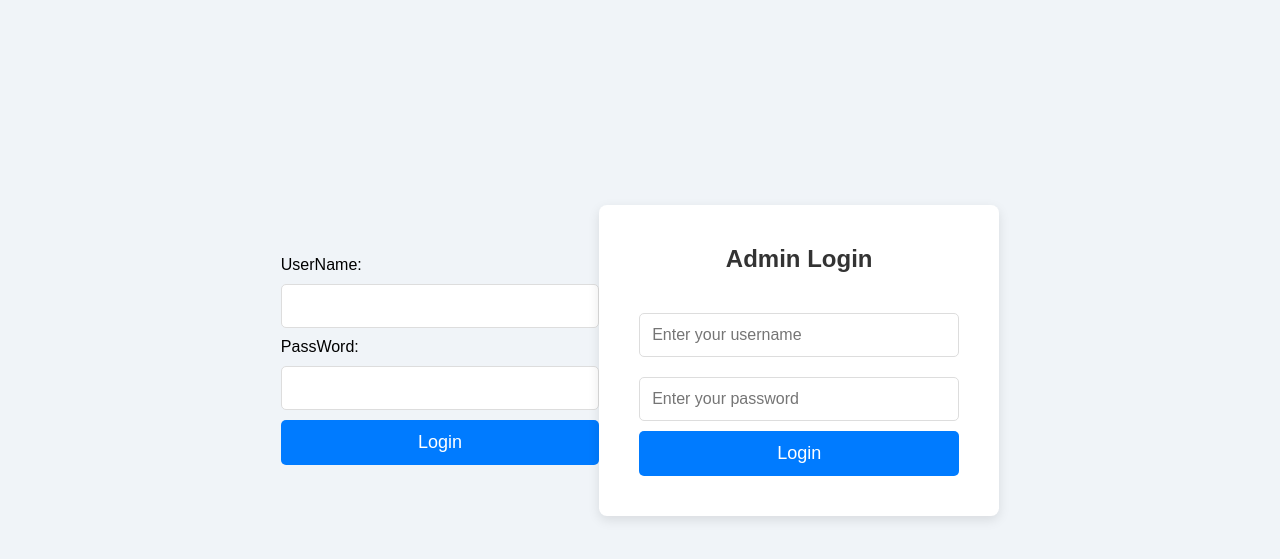
Repository: Purnima-Kushwah11/Online-Product-Management-System
Page: Application1CompleteDatabase/src/main/webapp/AdminLogin.html
The author's editor kept a copy of each file at every save. The page is drawn from the files as they stood at one save, then again after the next save.
The browser window is 1280 px wide. The pictures show the whole page.

Above is the page before, as saved 2025-02-18 14:11:30.

After the next save:
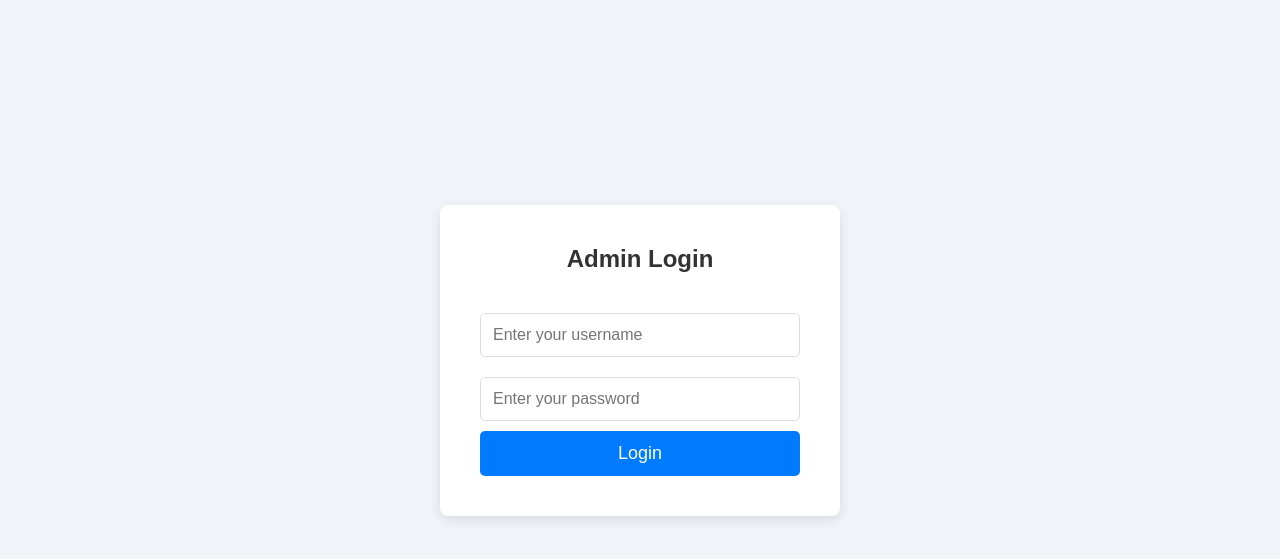
Saved 74 s later.
--- a/Application1CompleteDatabase/src/main/webapp/AdminLogin.html
+++ b/Application1CompleteDatabase/src/main/webapp/AdminLogin.html
@@ -1,16 +1,4 @@
 <!DOCTYPE html>
-<html>
-<head>
-<meta charset="UTF-8">
-<title>Insert title here</title>
-</head>
-<body>
-<form action="admin" method="post">
-UserName: <input type="text" name="uname"><br>
-PassWord: <input type="password" name ="pword"><br>
-<input type="submit" value="Login">
-
-</form><!DOCTYPE html>
 <html lang="en">
 <head>
     <meta charset="UTF-8">
